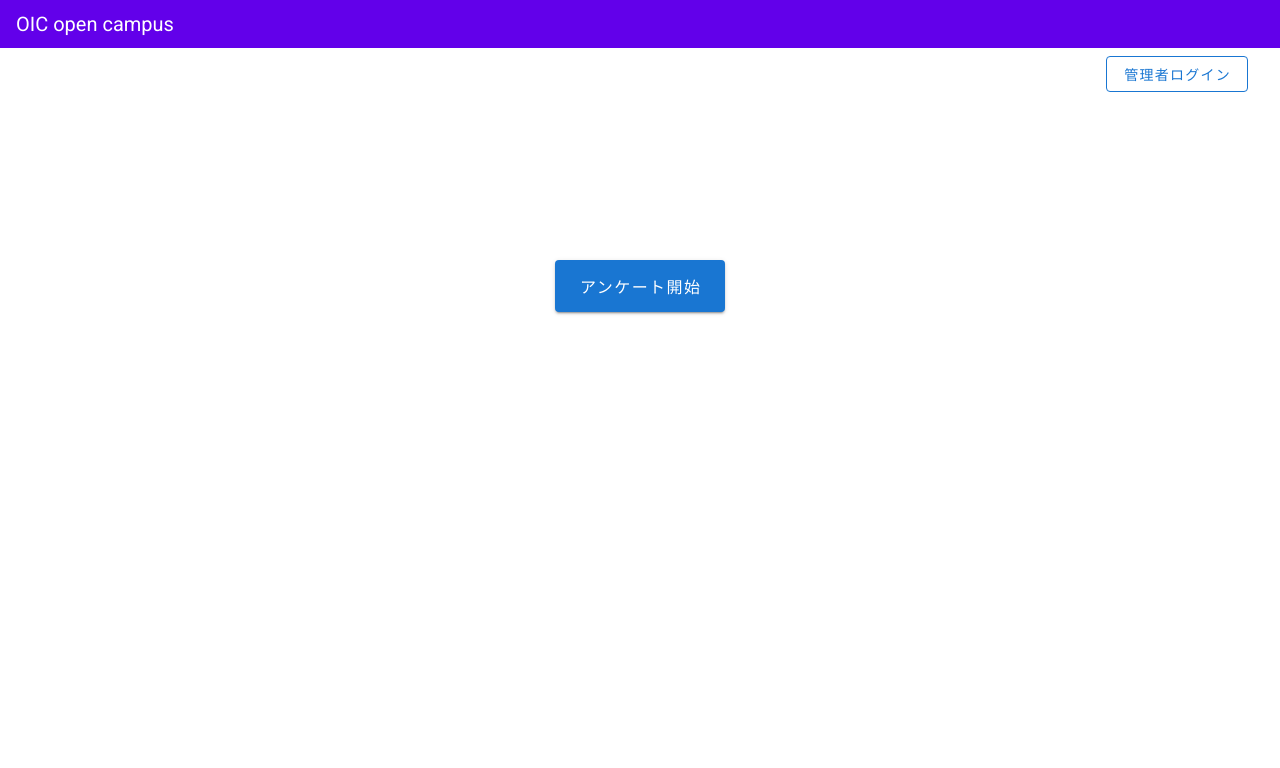
Repository: taniwhy/open-campus-system
Page: / (app in client_view/)
These files come from the project's save history. The page is drawn as it stood at one moment and after the next save; the edit follows.
The browser window is 1280 px wide. The pictures show the whole page.
The project was rebuilt for these pictures with package versions that can differ from the ones it lists, and the page was loaded fresh each time. Also part of the build but not shown: client_view/vue.config.js, client_view/src/components/Login.vue, client_view/src/components/Branch.vue, client_view/src/components/Register.vue.

Above is the page before, as saved 2019-11-28 10:42:10.

### client_view/public/index.html
<!DOCTYPE html>
<html lang="en">
  <head>
    <meta charset="utf-8">
    <meta http-equiv="X-UA-Compatible" content="IE=edge">
    <meta name="viewport" content="width=device-width,initial-scale=1.0">
    <link rel="icon" href="<%= BASE_URL %>favicon.ico">
    <title>client_view</title>
    <link rel="stylesheet" href="https://fonts.googleapis.com/css?family=Roboto:100,300,400,500,700,900">
    <link rel="stylesheet" href="https://cdn.jsdelivr.net/npm/@mdi/font@latest/css/materialdesignicons.min.css">
  </head>
  <body>
    <noscript>
      <strong>We're sorry but client_view doesn't work properly without JavaScript enabled. Please enable it to continue.</strong>
    </noscript>
    <div id="app"></div>
    <!-- built files will be auto injected -->
  </body>
</html>

### client_view/src/main.js
import Vue from 'vue'
import App from './App.vue'
import router from './router'
import store from './store'
import vuetify from './plugins/vuetify';

Vue.config.productionTip = false

new Vue({
    router,
    store,
    vuetify,
    render: h => h(App)
}).$mount('#app')

### client_view/src/App.vue
<template>
  <v-app>
    <div>
      <v-app-bar color="deep-purple accent-4" dense dark>

        <v-toolbar-title>OIC open campus</v-toolbar-title>

      </v-app-bar>
    </div>
    <v-content>
      <router-view></router-view>
    </v-content>
  </v-app>
</template>

<script>
export default {
  name: "App",

  components: {},

  data: () => ({
    //
  })
};
</script>

### client_view/src/router/index.js
import Vue from 'vue'
import VueRouter from 'vue-router'
import Home from '../components/Home.vue'
import Login from '../components/Login.vue'
import Branch from '../components/Branch.vue'
import Register from '../components/Register.vue'

Vue.use(VueRouter)

const routes = [{
        path: '/',
        name: 'home',
        component: Home
    },
    {
        path: '/login',
        name: 'login',
        component: Login
    },
    {
        path: '/branch',
        name: 'branch',
        component: Branch
    },
    {
        path: '/register',
        name: 'register',
        component: Register
    },
]

const router = new VueRouter({
    routes
})

export default router

### client_view/src/components/Home.vue
<template>
  <v-app>
    <v-container fluid>
      <v-row>
        <v-col>
          <v-row align="center" justify="end" style="width: 100%;">
            <v-btn flat to="/login" class="ma-2" outlined color="primary">管理者ログイン</v-btn>
          </v-row>
        </v-col>
      </v-row>
    </v-container>
    <v-container style="height: 100%;">
      <v-row style="height: 100%;">
        <v-col>
          <v-row align="center" justify="center" style="height: 60%;">
            <div class="my-2">
              <v-btn flat to="/branch" x-large color="primary" >アンケート開始</v-btn>
            </div>
          </v-row>
        </v-col>
      </v-row>
    </v-container>
  </v-app>
</template>

<script>
export default {
  name: "Home",
  data: () => ({})
};
</script>

Loaded but not shown: client_view/src/store/index.js (common file); client_view/src/plugins/vuetify.js (common file)

After the next save:
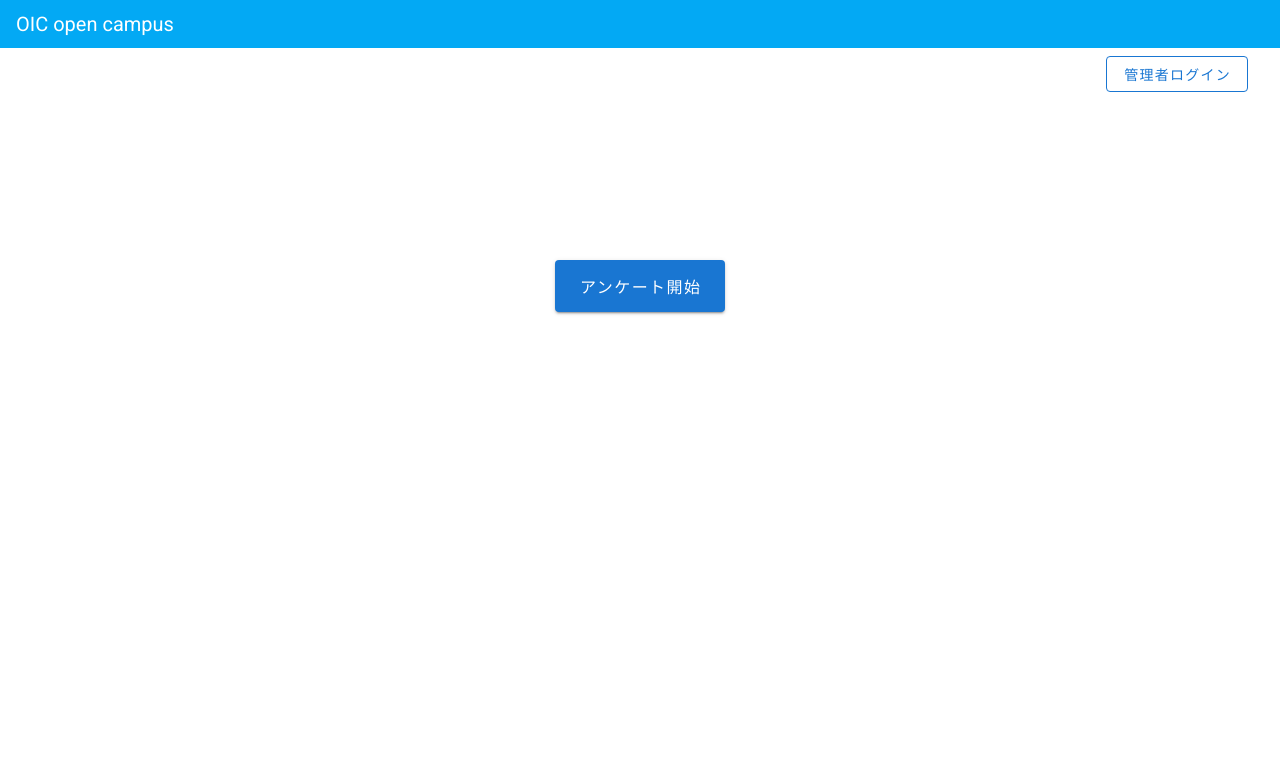
Saved 75 s later.
--- a/client_view/src/App.vue
+++ b/client_view/src/App.vue
@@ -1,7 +1,7 @@
 <template>
   <v-app>
     <div>
-      <v-app-bar color="deep-purple accent-4" dense dark>
+      <v-app-bar color="light-blue" dense dark>
 
         <v-toolbar-title>OIC open campus</v-toolbar-title>
 
